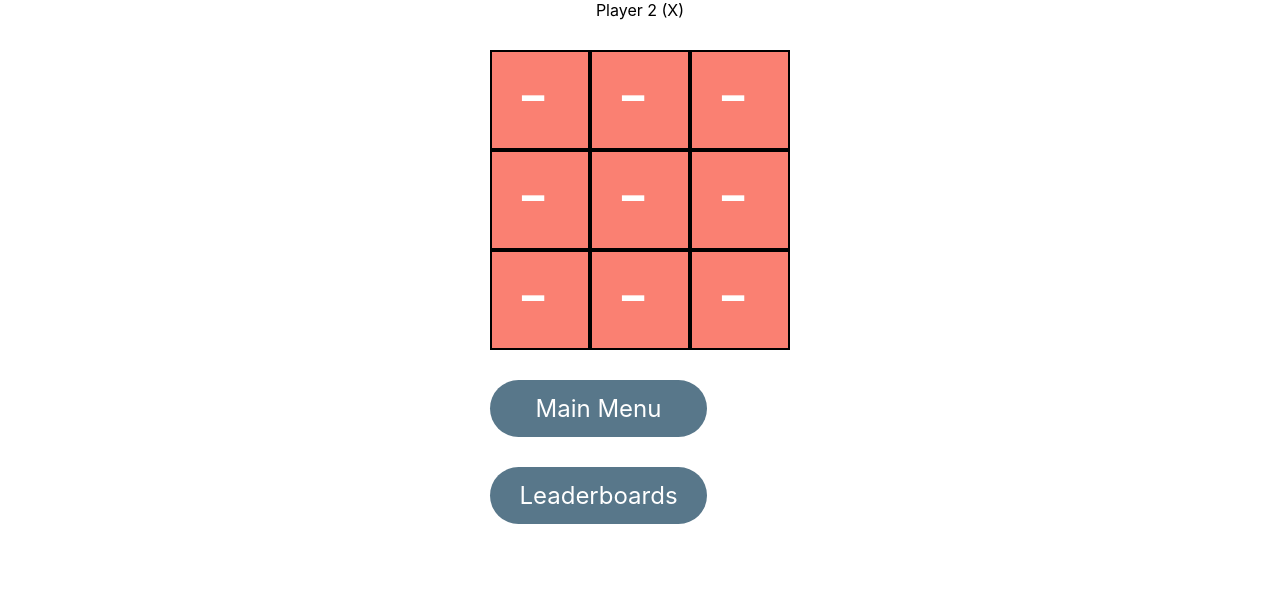
Repository: DawsonGosse/DecisionsGame
Page: /tictacgame (app in web/)
An editor plug-in stored every save of this project. The page is shown before and after the next save, followed by the edit.
The browser window is 1280 px wide. The pictures show the whole page.
The project was rebuilt for these pictures with package versions that can differ from the ones it lists, and the page was loaded fresh each time. The framework's server and built-in components were replaced by stand-ins that run in the browser. Also part of the build but not shown: web/next.config.js.

Above is the page before, as saved 2022-01-14 12:36:59.

### web/pages/tictacgame.js
import Game from "../comps/TicTacToe/Game"

export default function TicTacToe() {

    return(
        <div className="MainCont">
            <Game/>
        </div>
    )
}

### web/styles/globals.css
html,
body {
  padding: 0;
  margin: 0;
  font-family: -apple-system, BlinkMacSystemFont, Segoe UI, Roboto, Oxygen,
    Ubuntu, Cantarell, Fira Sans, Droid Sans, Helvetica Neue, sans-serif;
}

a {
  color: inherit;
  text-decoration: none;
}

* {
  box-sizing: border-box;
}

/*************** TIC TAC TOE ***************/

.MainCont{
  display: flex;
  flex-direction: column;
  justify-content: center;
  align-items: center;
  height: screen;
}

.square{
  display: flex;
  flex-wrap: wrap;
  width: 300px;
  height:300px;
  background-color: aquamarine;
}

.innerSquares{
  background-color: salmon;
  border: 2px black solid;
  width:100px;
  height:100px;
  position: relative;
}

.placeholder{
  position: absolute;
  font-size: 70px;
  color:white;
  margin-left: 25px;
}

### web/comps/TicTacToe/Game.js
import { useState } from "react"
import styled from "styled-components"
import Square from "./Square"
import Button from "../Button"

// Grid/Playing Field
const INITIAL_GRID = [
    ['-','-','-'],
    ['-','-','-'],
    ['-','-','-'],
]

// Page Layout
const Container = styled.div`
    display:flex;
    flex-direction: column;
    justify-content:center;
    align-items:center;
    margin-top: 30px;
`

const Buttons = styled.div`
    display:flex;
    flex-direction: column;
    justify-content:center;
    align-items:center;
    margin-top: 30px;
`
const LeaderButton = styled.div`
    display: flex;
    flex-direction: column;
    align-items: center;
    justify-content: center;
    padding-top: 30px;
`


//Setup for turns and ending games
const Game = props=>{
    const [grid, setGrid] = useState(INITIAL_GRID)
    const [turn, setTurn] = useState(Math.random()>0.5?
    false:true);
    const [gameEnd, setGameEnd] = useState(false);
    const [gameWinner, setGameWinner] = useState(null);
    /*
    turn = false => player1 (o)
    turn = true =< player2 (x)
    */


// See if lines has 3 in a row
    const checkLines = (newGrid)=>{
        for(let i=0; i<3; i++){
        let o = 0;
        let x = 0;
            for(let j=0; j<3; j++){
                if(newGrid[i][j] === 'X') x++
                if(newGrid[i][j] === 'O') o++;
            }
            if (x === 3){
              return 'X';
            }
            else if(o === 3){
               return 'O';
            }
        }
        return null;
    }

    // See if columns has 3 in a row
    const checkColumns = (newGrid)=>{
        for(let i=0; i<3; i++){
        let x = 0;
        let o = 0;
            for(let j=0; j<3; j++){
                if(newGrid[j][i] === 'X') x++
                else if(newGrid[j][i] === 'O') o++;
            }
            if (x === 3){
              return 'X';
            }
            if(o === 3){
               return 'O';
            }
        }
        return null;
    }

    // See if both directions of diagonal lines have 3 in a row
    const checkDiagonals = (newGrid)=>{
        // First diagonal
        let x = 0;
        let o = 0;
        for(let i=0; i<3; i++){
            if(newGrid[i][i] === 'X') x++
            if(newGrid[i][i] === 'O') o++;
        }
        if ( x === 3) return 'X'
        else if( o === 3) return 'O';
        // Second diagonal
        x,o = 0;
        for(let i=0; i<3; i++){
            if(newGrid[i][2-i] === 'X') x++
            if(newGrid[i][2-i] === 'O') o++;
        }
        if (x === 3) return 'X';
        else if(o === 3) return 'O';

        return null;

    }


    const setValue = (i,j) =>{
        const newGrid = [...grid];
        if(newGrid[i][j]!='-') return;
        newGrid[i][j] = !turn?'O':'X';
        setGrid(newGrid)
        setTurn(!turn)

        /*
        Who is the winner?
        */

       let winner = null;
       winner = checkLines(newGrid);
       console.log(checkLines(newGrid), checkColumns(newGrid)
       ,checkDiagonals(newGrid))
       if(winner === null)  winner = checkColumns(newGrid);
       if(winner === null)  winner = checkDiagonals(newGrid);

       if(winner){
           setGameEnd(true);
           setGameWinner(winner)
           setGrid(INITIAL_GRID);
        }
    }



    return(
        <>
            {
                gameEnd?(
                    <div>
                        the {gameWinner==='X'?'Player 1 (X)':'Player 2 (O)'} Won The Game!
                        </div>
                ):(
                    <div>
                        {!turn?"Player 1 (O) :":"Player 2 (X)"}
                    </div>
                )
            }
            <Container>
                <div className="square">
                        {
                            grid.map((gLine, i)=>{
                                return(
                                    gLine.map((el,j)=>{
                                        return(
                                            <Square
                                            label = {el}
                                            i={i}
                                            j={j}
                                            setValue={setValue}
                                            />
                                        )
                                    })
                                )
                            })
                        }
                        <Buttons>
                            <Button text="Main Menu" routeTo="/"></Button>
                            <LeaderButton>
                                <Button text="Leaderboards" routeTo="/leaderboard"></Button>
                                <br></br>
                            </LeaderButton>
                        </Buttons>
                </div>
            </Container>
        </>
    )
}

export default Game;

### web/comps/TicTacToe/Square.js
import React from "react";
import styled from "styled-components";


const Square = ({label,i,j,setValue})=>{
    return(

        <div className="innerSquares" onClick={()=>setValue(i,j)}>
            <div className="placeholder">
                {label}
            </div>
        </div>
    )
}

export default Square;

### web/comps/Button/index.js
import React from 'react';
import styled from 'styled-components';
import {useRouter} from 'next/router';

const Container = styled.div`
    display: flex;
    justify-content: center;
    align-items: center;
    width: 217px;
    height: 57px;
    background-color: ${props=>props.bgcolor};
    border-radius: 28.5px;
`

const TextCont = styled.div`
    font-size: 24px;
    color: #FFFFFF;
    text-align: center;
`

const Button = ({
    bgcolor='#58778A',
    text="Start Game",
    routeTo="/rpsgame",

}) => {

    const router = useRouter();

    return <Container bgcolor={bgcolor} onClick={()=>router.push(routeTo)}>
        <TextCont>{text}</TextCont>
    </Container>
}

export default Button;

Loaded but not shown: web/pages/_app.js (common file)

After the next save:
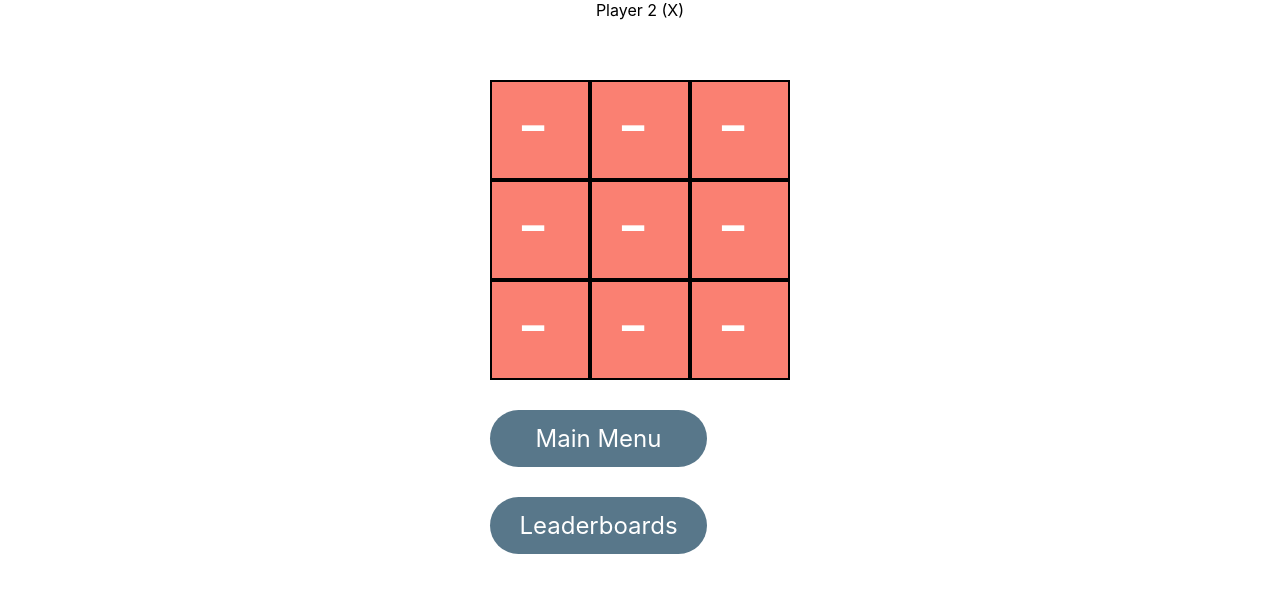
Saved 6 s later.
--- a/web/comps/TicTacToe/Game.js
+++ b/web/comps/TicTacToe/Game.js
@@ -16,7 +16,7 @@ const Container = styled.div`
     flex-direction: column;
     justify-content:center;
     align-items:center;
-    margin-top: 30px;
+    margin-top: 60px;
 `
 
 const Buttons = styled.div`
